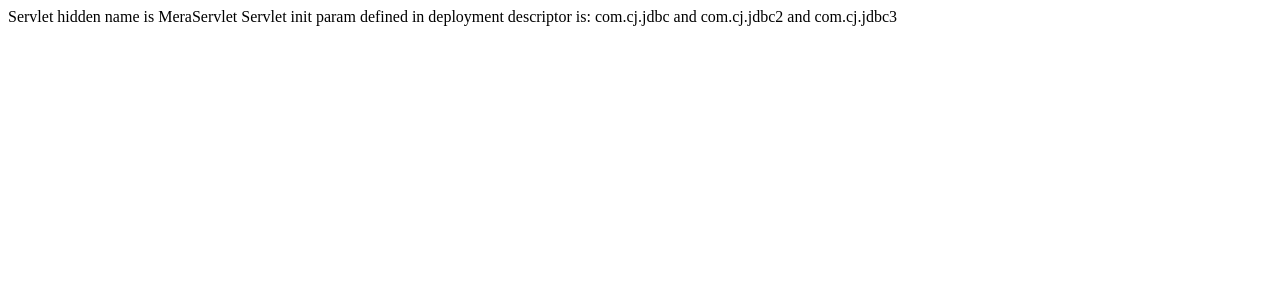
Repository: kamalsingh7290/ServletANDjsp
Page: http://localhost/JSP_Config/kamal
These files come from the project's save history. The page is drawn as it stood at one moment and after the next save; the edit follows.
The browser window is 1280 px wide. The pictures show the whole page.
The page is served by Tomcat 9.

Above is the page before, as saved 2022-01-28 10:56:24.

After the next save:
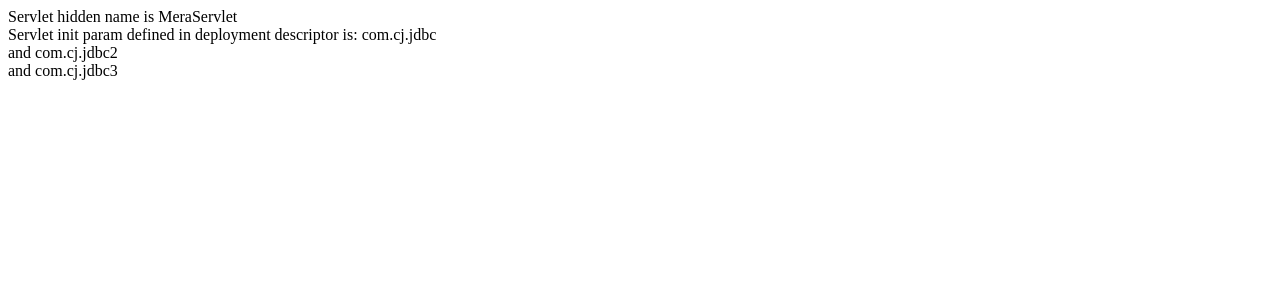
Saved 28 s later.
--- a/JSP_Config/src/main/webapp/Index.jsp
+++ b/JSP_Config/src/main/webapp/Index.jsp
@@ -7,8 +7,8 @@
 <title>Insert title here</title>
 </head>
 <body>
-Servlet hidden name is <%=config.getServletName() %>
-Servlet init param defined in deployment descriptor is: <%=config.getInitParameter("Drivername") %>
-and <%=config.getInitParameter("Drivername2") %> and <%=config.getInitParameter("Drivername3") %>
+Servlet hidden name is <%=config.getServletName() %><br>
+Servlet init param defined in deployment descriptor is: <%=config.getInitParameter("Drivername") %><br>
+and <%=config.getInitParameter("Drivername2") %><br> and <%=config.getInitParameter("Drivername3") %>
 </body>
 </html>
